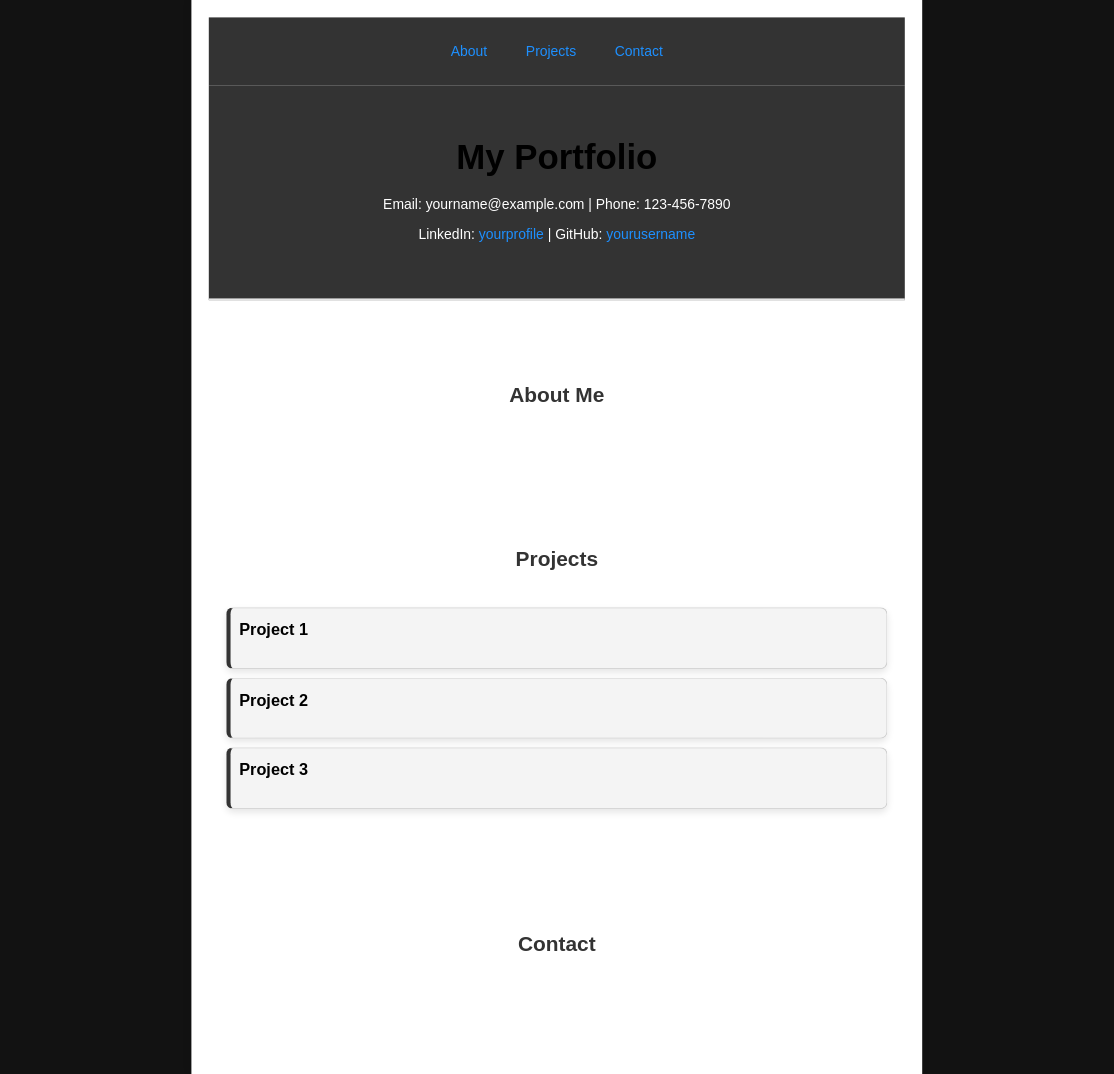
Repository: HoangDuck/portfolio
Page: index.html
The author's editor kept a copy of each file at every save. The page is drawn from the files as they stood at one save, then again after the next save.
The browser window is 1280 px wide. The pictures show the whole page, at 87% of full size.

Above is the page before, as saved 2025-03-09 22:19:23.

### index.html
<!DOCTYPE html>
<html lang="en">
<head>
    <meta charset="UTF-8">
    <meta name="viewport" content="width=device-width, initial-scale=1.0">
    <title>My Portfolio</title>
    <link rel="stylesheet" href="style.css">
</head>
<body>
    <div class="portfolio-container">
        <nav>
            <ul>
                <li><a href="#about">About</a></li>
                <li><a href="#projects">Projects</a></li>
                <li><a href="#contact">Contact</a></li>
            </ul>
        </nav>
        <header>
            <h1 style="color: black;">My Portfolio</h1>
            <p id="contact-info">Email: yourname@example.com | Phone: 123-456-7890</p>
            <p id="social-media">
                LinkedIn: <a href="https://www.linkedin.com/in/yourprofile">yourprofile</a> |
                GitHub: <a href="https://github.com/yourusername">yourusername</a>
            </p>
        </header>
        <section id="about">
            <h2>About Me</h2>
            <p>Welcome to my portfolio. Here you will find my latest projects and ways to contact me.</p>
        </section>
        <section id="projects" class="projects">
            <h2>Projects</h2>
            <div class="projects-container">
                <ul id="project-list">
                    <li class="project-item">
                        <h3 style="color: black;">Project 1</h3>
                    </li>
                    <li class="project-item">
                        <h3 style="color: black;">Project 2</h3>
                    </li>
                    <li class="project-item">
                        <h3 style="color: black;">Project 3</h3>
                    </li>
                </ul>
            </div>
        </section>
        <section id="contact">
            <h2>Contact</h2>
            <p>Feel free to reach out to me via email or phone.</p>
        </section>
    </div>
    <script src="script.js"></script>
</body>
</html>

### style.css
body {
    font-family: Arial, sans-serif;
    line-height: 1.6;
    background-color: #121212;
    color: #ffffff;
    margin: 0;
    padding: 0;
}

.portfolio-container {
    width: 80%;
    margin: auto;
    overflow: hidden;
    background: white;
    padding: 20px;
    box-shadow: 0 0 10px rgba(0, 0, 0, 0.1);
    max-width: 800px;
    margin: 0 auto;
    padding: 20px;
}

nav {
    background: #333;
    color: #fff;
    padding: 10px 0;
    text-align: center;
}

nav ul {
    list-style: none;
    padding: 0;
    list-style-type: none;
    padding: 0;
}

nav ul li {
    display: inline;
    margin: 0 20px;
    display: inline;
    margin-right: 20px;
}

nav ul li a {
    color: #1e90ff; /* Primary blue color */
    text-decoration: none;
    color: #1e90ff; /* Primary blue color */
}

header {
    text-align: center;
    padding: 50px 0;
    background: #333;
    color: #fff;
    border-bottom: 2px solid #e4e4e4;
    margin-bottom: 20px;
    text-align: center;
    margin-bottom: 50px;
}

header h1 {
    margin: 0;
    font-size: 2.5em;
    color: #1e90ff; /* Primary blue color */
}

header p {
    margin: 10px 0;
}

h2 {
    font-size: 1.5em;
    margin-bottom: 10px;
    color: #555;
}

p {
    margin: 5px 0;
}

ul {
    list-style: none;
    padding: 0;
}

ul li {
    margin-bottom: 10px;
}

a {
    color: #1e90ff; /* Primary blue color */
    text-decoration: none;
}

a:hover {
    text-decoration: underline;
}

section {
    margin-bottom: 20px;
    margin-bottom: 50px;
}

.projects {
    background: #fff;
    padding: 20px;
    margin-top: 20px;
}

.projects h2 {
    text-align: center;
    color: #333;
}

#project-list {
    list-style: none;
    padding: 0;
}

#project-list li {
    background: #f4f4f4;
    margin: 10px 0;
    padding: 10px;
    border-left: 5px solid #333;
    margin-bottom: 10px;
}

#project-list li a {
    text-decoration: none;
    color: #1e90ff; /* Primary blue color */
}

#about, #contact {
    background: #fff;
    padding: 20px;
    margin-top: 20px;
}

#about h2, #contact h2 {
    text-align: center;
    color: #333;
}

.projects-container {
    display: flex;
    flex-direction: column;
}

.project-item {
    background-color: #f9f9f9;
    border: 1px solid #ccc;
    border-radius: 8px;
    padding: 10px;
    width: 100%;
    box-sizing: border-box;
    margin-bottom: 10px;
    box-shadow: 0 4px 8px rgba(0, 0, 0, 0.1);
    transition: transform 0.3s;
}

.project-item:hover {
    transform: translateY(-10px);
}

.project-item h3 {
    margin-top: 0;
}

.project-item p {
    color: #666;
}

.project-item a {
    color: #007bff;
    text-decoration: none;
}

.project-item a:hover {
    text-decoration: underline;
}

### script.js
document.addEventListener('DOMContentLoaded', () => {
    console.log('Portfolio loaded successfully!');
});

After the next save:
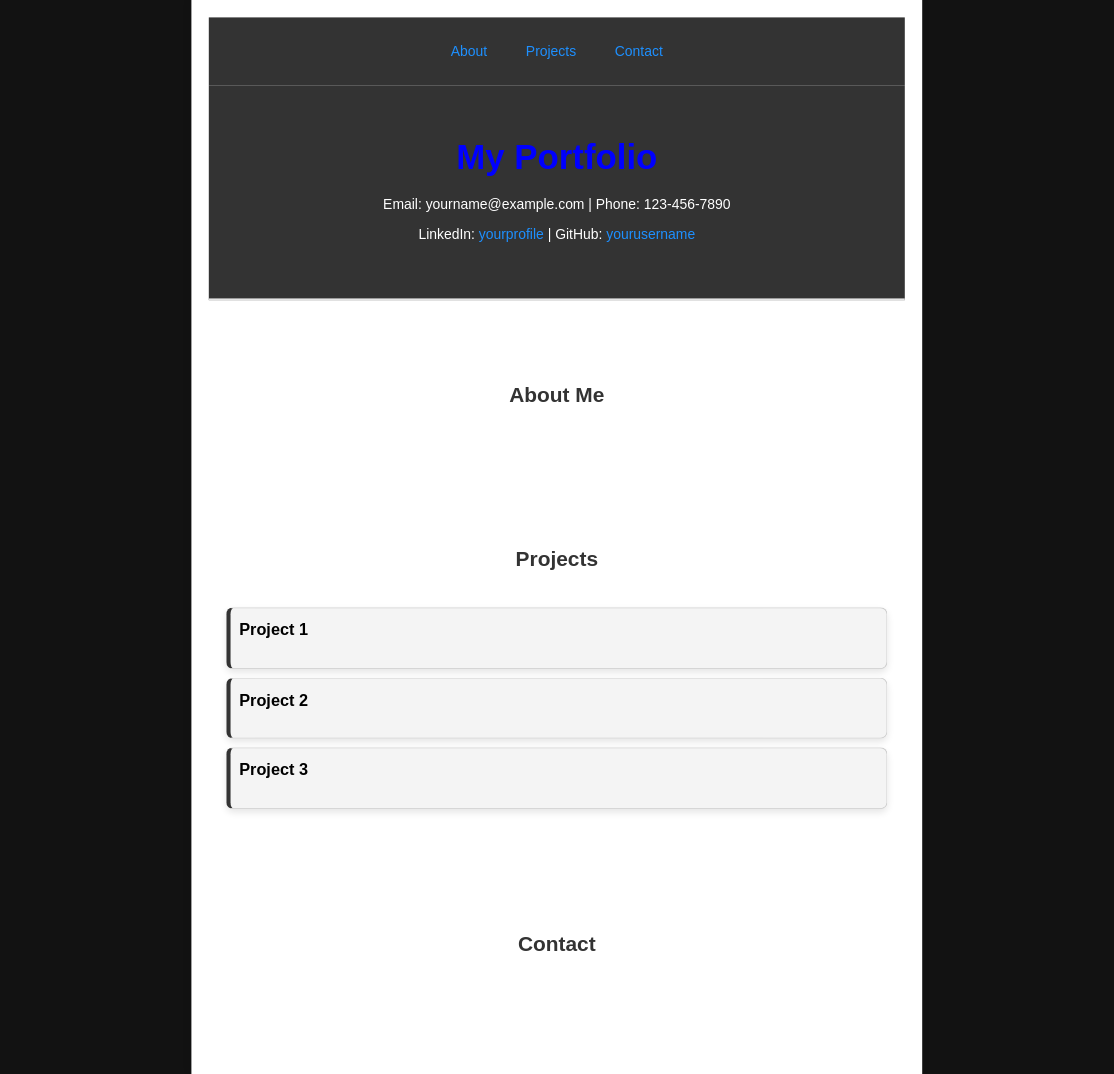
Saved 9 s later.
--- a/index.html
+++ b/index.html
@@ -16,7 +16,7 @@
             </ul>
         </nav>
         <header>
-            <h1 style="color: black;">My Portfolio</h1>
+            <h1 style="color: blue;">My Portfolio</h1>
             <p id="contact-info">Email: yourname@example.com | Phone: 123-456-7890</p>
             <p id="social-media">
                 LinkedIn: <a href="https://www.linkedin.com/in/yourprofile">yourprofile</a> |
